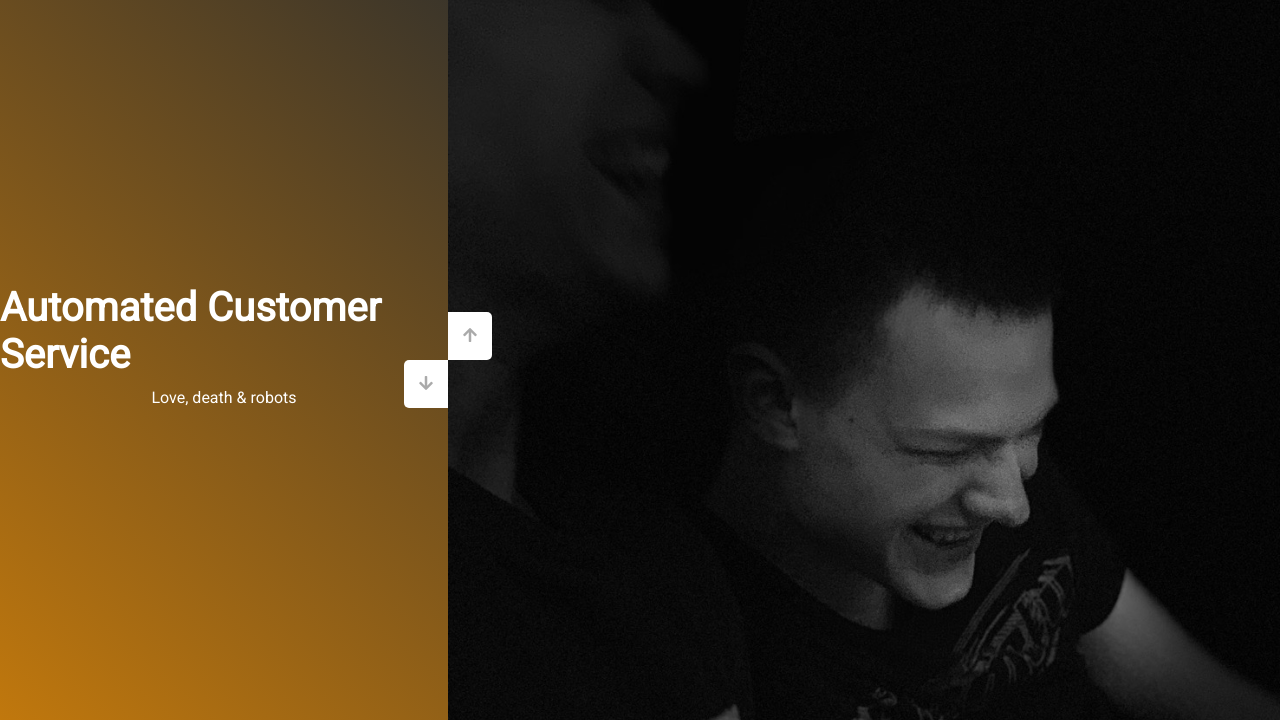
Repository: MorgunovaAlexandra/slider2
Page: index.html
The author's editor kept a copy of each file at every save. The page is drawn from the files as they stood at one save, then again after a run of saves.
The browser window is 1280 px wide. The pictures show the whole page.
Pictures or frames that could not be fetched are drawn as grey boxes.

Above is the page before, as saved 2022-06-29 18:31:00.

### index.html
<!DOCTYPE html>
<html lang="en">
  <head>
    <meta charset="UTF-8" />
    <meta name="viewport" content="width=device-width, initial-scale=1.0" />
    <link
      rel="stylesheet"
      href="https://cdnjs.cloudflare.com/ajax/libs/font-awesome/5.15.1/css/all.min.css"
    />
    <link rel="stylesheet" href="style.css" />
    <title>Слайдер | Проект 3</title>
  </head>
  <body>
    <div class="container">
      <div class="sidebar">
        <div style="background: linear-gradient(229.99deg, #11DEE9 -26%, #017E8B 145%);">
          <h1>Snow in the desert</h1>
          <p>Love, death & robots</p>
        </div>
        <div style="background: linear-gradient(215.32deg, #F90306 -1%, #9E0706 124%);">
          <h1>Life Hutch</h1>
          <p>Love, death & robots</p>
        </div>
        <div style="background: linear-gradient(221.87deg, #8308EA 1%, #5305AF 128%);">
          <h1>Zima Blue</h1>
          <p>Love, death & robots</p>
        </div>
        <div style="background: linear-gradient(220.16deg, #31302c -8%, #F39102 138%);">
          <h1>Automated Customer Service</h1>
          <p>Love, death & robots</p>
        </div>
      </div>
      <div class="main-slide">
        <div
          style="
            background-image: url('./img/ромчик\ черный.jpeg');
          "
        ></div>
        <div
          style="
            background-image: url('https://images.unsplash.com/photo-1511447333015-45b65e60f6d5?ixid=MnwxMjA3fDB8MHxwaG90by1wYWdlfHx8fGVufDB8fHx8&ixlib=rb-1.2.1&auto=format&fit=crop&w=2023&q=80');
          "
        ></div>
        <div
          style="
            background-image: url('https://images.unsplash.com/photo-1501529301789-b48c1975542a?ixid=MnwxMjA3fDB8MHxwaG90by1wYWdlfHx8fGVufDB8fHx8&ixlib=rb-1.2.1&auto=format&fit=crop&w=1950&q=80');
          "
        ></div>
        <div
          style="
            background-image: url('https://images.unsplash.com/photo-1520263115673-610416f52ab6?ixlib=rb-1.2.1&ixid=MnwxMjA3fDB8MHxwaG90by1wYWdlfHx8fGVufDB8fHx8&auto=format&fit=crop&w=1950&q=80');
          "
        ></div>
      </div>
      <div class="controls">
        <button class="down-button">
          <i class="fas fa-arrow-down"></i>
        </button>
        <button class="up-button">
          <i class="fas fa-arrow-up"></i>
        </button>
      </div>
    </div>
    <script src="./app.js"></script>
  </body>
</html>

### style.css
@import url('https://fonts.googleapis.com/css?family=Roboto&display=swap');

* {
  box-sizing: border-box;
  margin: 0;
  padding: 0;
}

body {
  font-family: 'Roboto', sans-serif;
  height: 100vh;
}

.container {
  position: relative;
  overflow: hidden;
  width: 100vw;
  height: 100vh;
}

.sidebar {
  height: 100%;
  width: 35%;
  position: absolute;
  top: 0;
  left: 0;
  transition: transform 0.5s ease-in-out;
}

.sidebar > div {
  height: 100%;
  width: 100%;
  display: flex;
  flex-direction: column;
  align-items: center;
  justify-content: center;
  color: #fff;
}

.sidebar h1 {
  font-size: 40px;
  margin-bottom: 10px;
  margin-top: -30px;
}

.main-slide {
  height: 100%;
  position: absolute;
  top: 0;
  left: 35%;
  width: 65%;
  transition: transform 0.5s ease-in-out;
}

.main-slide > div {
  background-repeat: no-repeat;
  background-size: cover;
  background-position: center center;
  height: 100%;
  width: 100%;
}

button {
  background-color: #fff;
  border: none;
  color: #aaa;
  cursor: pointer;
  font-size: 16px;
  padding: 15px;
}

button:hover {
  color: #222;
}

button:focus {
  outline: none;
}

.container .controls button {
  position: absolute;
  left: 35%;
  top: 50%;
  z-index: 100;
}

.container .controls .down-button {
  transform: translateX(-100%);
  border-top-left-radius: 5px;
  border-bottom-left-radius: 5px;
}

.container .controls .up-button {
  transform: translateY(-100%);
  border-top-right-radius: 5px;
  border-bottom-right-radius: 5px;
}

### app.js
const downBtn=document.querySelector('.down-button');
const upBtn=document.querySelector('.up-button');
const sidebar=document.querySelector('.sidebar');
const mainSlide=document.querySelector('.main-slide');
const container=document.querySelector('.container')

const slidescount=mainSlide.querySelectorAll('div').length

sidebar.style.top=`${-(slidescount-1)*100}vh`;

let activeSlide=0
downBtn.addEventListener('click',()=>{
   changeSlide('down')
})
upBtn.addEventListener('click',()=>{
    changeSlide('up')
})

function changeSlide(direction){
if(direction==='up'){
    activeSlide++
    if(activeSlide===slidescount){
        activeSlide=0
    }
}else if(direction==='down'){
    activeSlide--
    if(activeSlide<0){
        activeSlide=slidescount-1
    }
}
const height=container.clientHeight
mainSlide.style.transform=`translateY(-${activeSlide*height}px)`
sidebar.style.transform=`translateY(${activeSlide*height}px)`
}

After the next 2 saves:
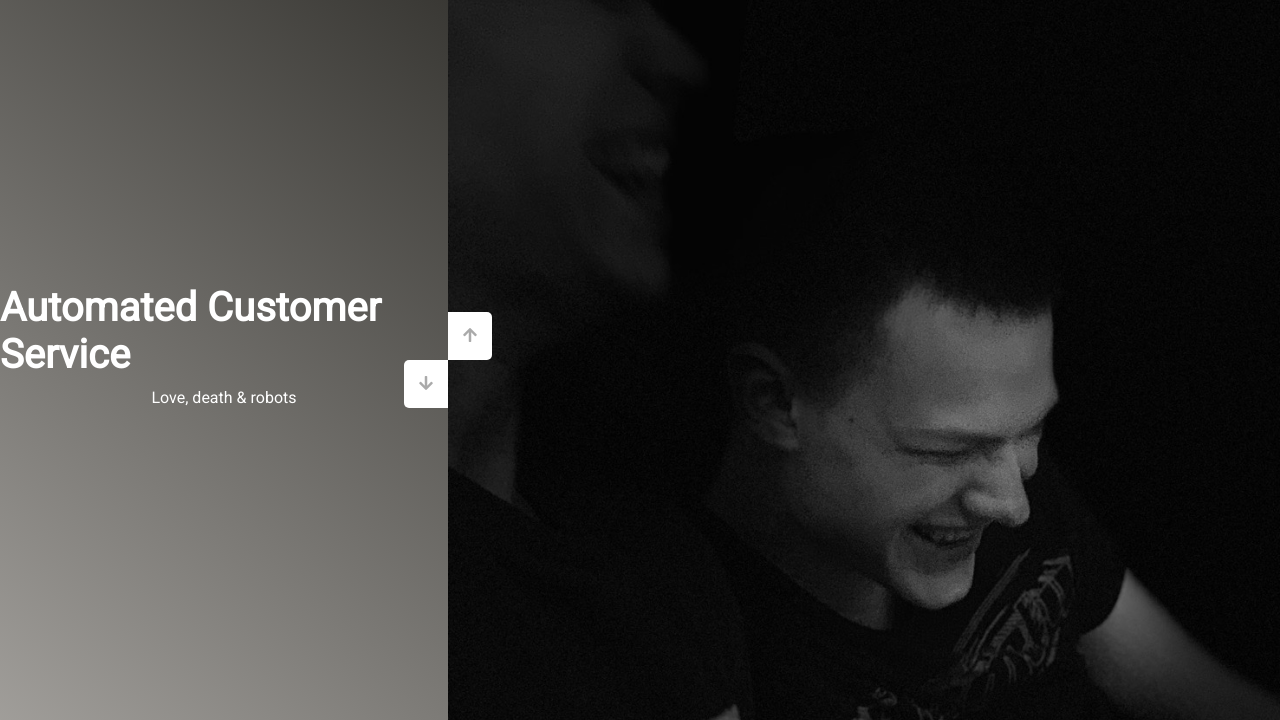
The 2 saves are shown as one change because they came seconds apart.
The last was saved 15 s later.
--- a/index.html
+++ b/index.html
@@ -25,7 +25,7 @@
           <h1>Zima Blue</h1>
           <p>Love, death & robots</p>
         </div>
-        <div style="background: linear-gradient(220.16deg, #31302c -8%, #F39102 138%);">
+        <div style="background: linear-gradient(220.16deg, #31302c -8%, #c7c4c0 138%);">
           <h1>Automated Customer Service</h1>
           <p>Love, death & robots</p>
         </div>
